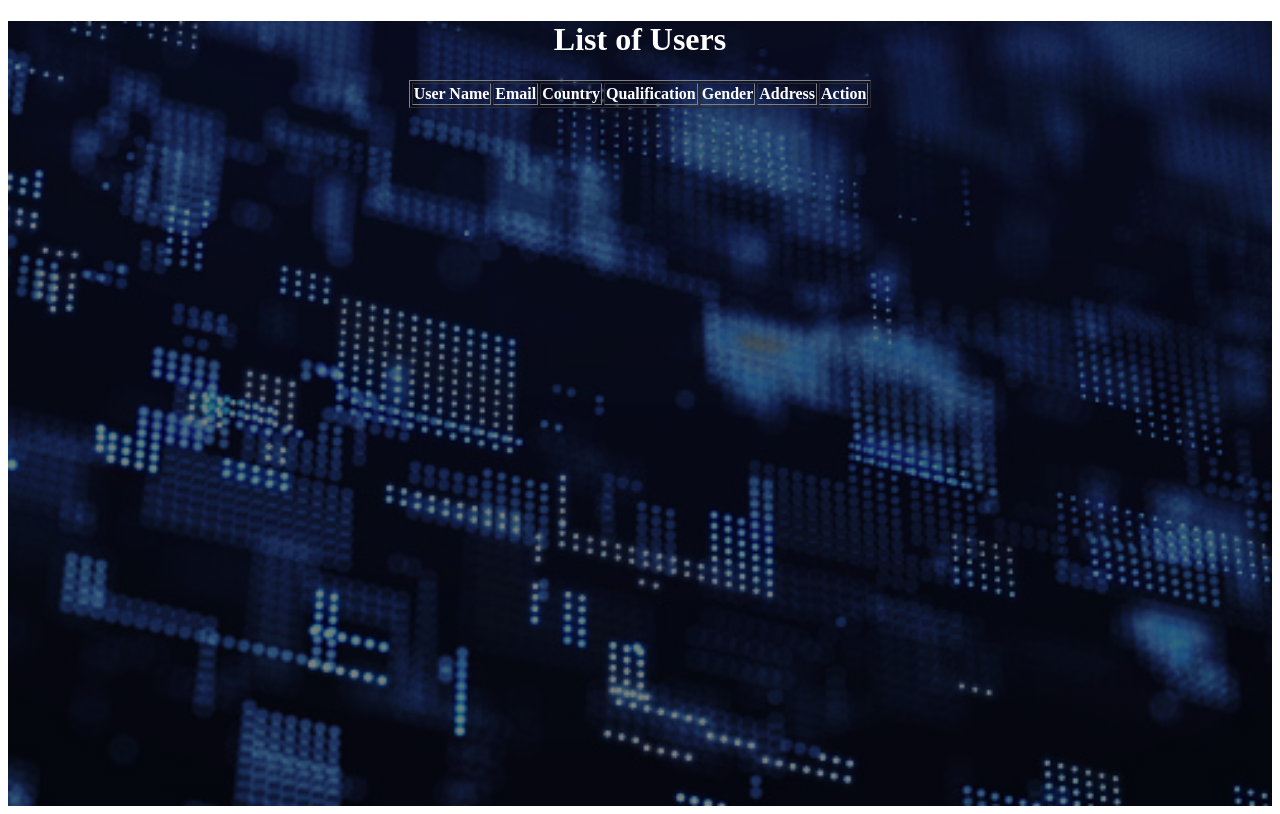
Repository: sainath0323/Website-design-using-J2EE
Page: http://localhost/AdvanceJavaApplication/viewsuccess.jsp
An editor plug-in stored every save of this project. The page is shown before and after the next save, followed by the edit.
The browser window is 1280 px wide. The pictures show the whole page.
The page is served by Tomcat 9. Other server files are loaded and not shown.

Above is the page before, as saved 2023-04-28 09:00:54.

### AdvanceJavaApplication/src/main/webapp/viewsuccess.jsp
<%@page import="com.sai.advanceapplication.viewusers.User"%>
<%@page import="java.util.List"%>
<%@ page language="java" contentType="text/html"%>
<%@taglib prefix="c"  uri="http://java.sun.com/jsp/jstl/core"%>
<!DOCTYPE html>
<html>
<head>
<style >

table{
margin: auto;
text-align: center;
}
.container{
  width: 100%;
    background:linear-gradient(to top,rgba(0,0,0,0.5)50%,rgba(0,0,0,0.5)50%),url(websiteimage.jpg)50%;
    background-position: center;
    background-size: cover;
    height: 109vh;
    color: white;
    text-align: center;
    margin-top: 20px;
    }
</style>
</head>
<body>
<h1><a href="index.html"></a></h1>

<div class="container">
<h1>List of Users</h1>
<table border="1">
<tr>
<th>User Name</th>
<th>Email</th>
<th>Country</th>
<th>Qualification</th>
<th>Gender</th>
<th>Address</th>
<th>Action</th>
</tr>
<%   List<User>users= (List<User>) request.getAttribute("users"); %>
<c:forEach  items="${users }"  var="user" >
<tr>

<td> ${user.username}</td>
<td> ${user.email}</td>
<td> ${user.country}</td>
<td> ${user.qualification}</td>
<td> ${user.gender}</td>
<td> ${user.address}</td>
<td>
 <a href="#"><button>Edit</button> </a>
<a href="DeleteServlet?user=${ user.username}&email=${user.email}"><button>Delete</button> </a>
 </td>


</tr>
</c:forEach>
</table>
</div>
</body>
</html>

After the next save:
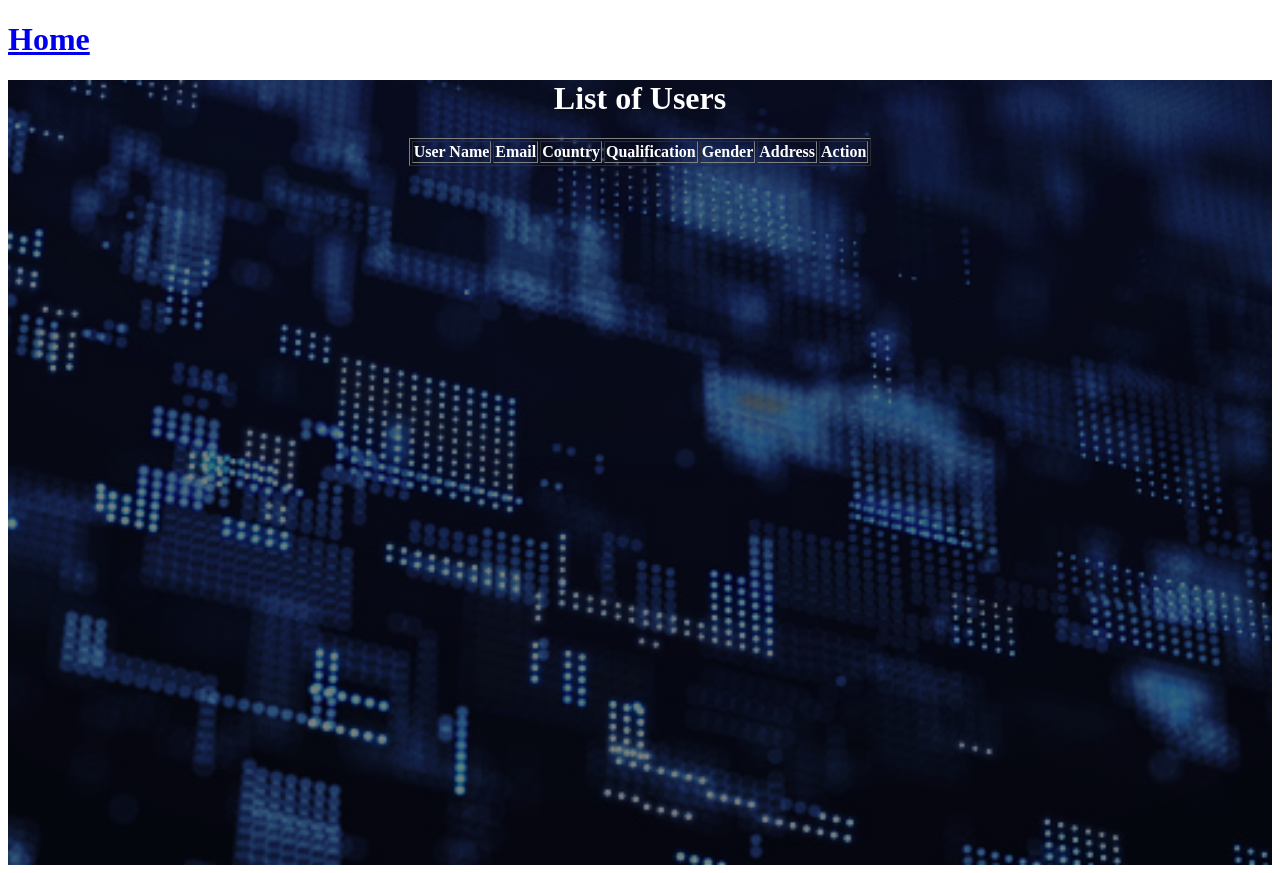
Saved 5 s later.
--- a/AdvanceJavaApplication/src/main/webapp/viewsuccess.jsp
+++ b/AdvanceJavaApplication/src/main/webapp/viewsuccess.jsp
@@ -24,7 +24,7 @@
 </style>
 </head>
 <body>
-<h1><a href="index.html"></a></h1>
+<h1><a href="index.html"> Home</a></h1>
 
 <div class="container">
 <h1>List of Users</h1>

After the 3 saves that followed:
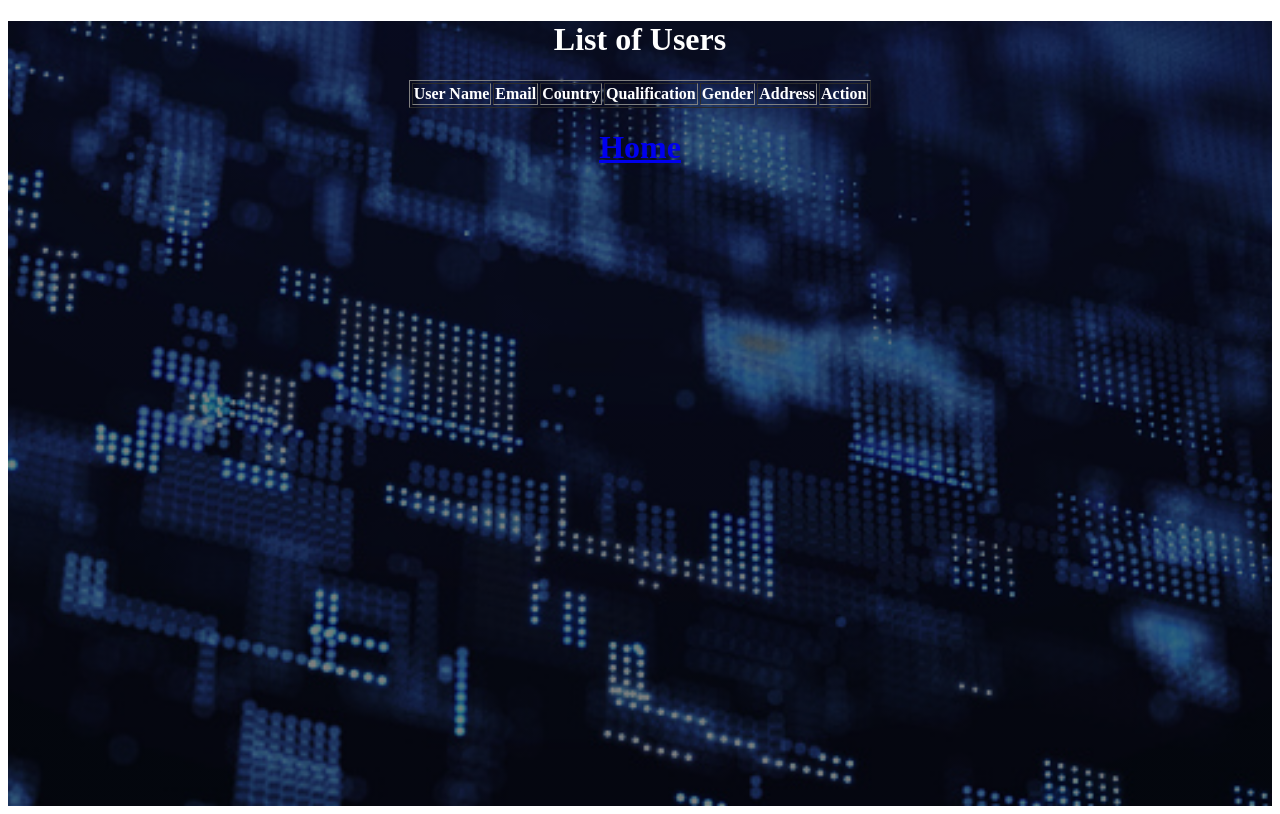
The 3 saves are shown as one change because 2 left the picture as it was.
The last was saved 48 s later.
--- a/AdvanceJavaApplication/src/main/webapp/viewsuccess.jsp
+++ b/AdvanceJavaApplication/src/main/webapp/viewsuccess.jsp
@@ -24,8 +24,6 @@
 </style>
 </head>
 <body>
-<h1><a href="index.html"> Home</a></h1>
-
 <div class="container">
 <h1>List of Users</h1>
 <table border="1">
@@ -57,6 +55,7 @@
 </tr>
 </c:forEach>
 </table>
+<h1><a href="index.html"> Home</a></h1>
 </div>
 </body>
 </html>
